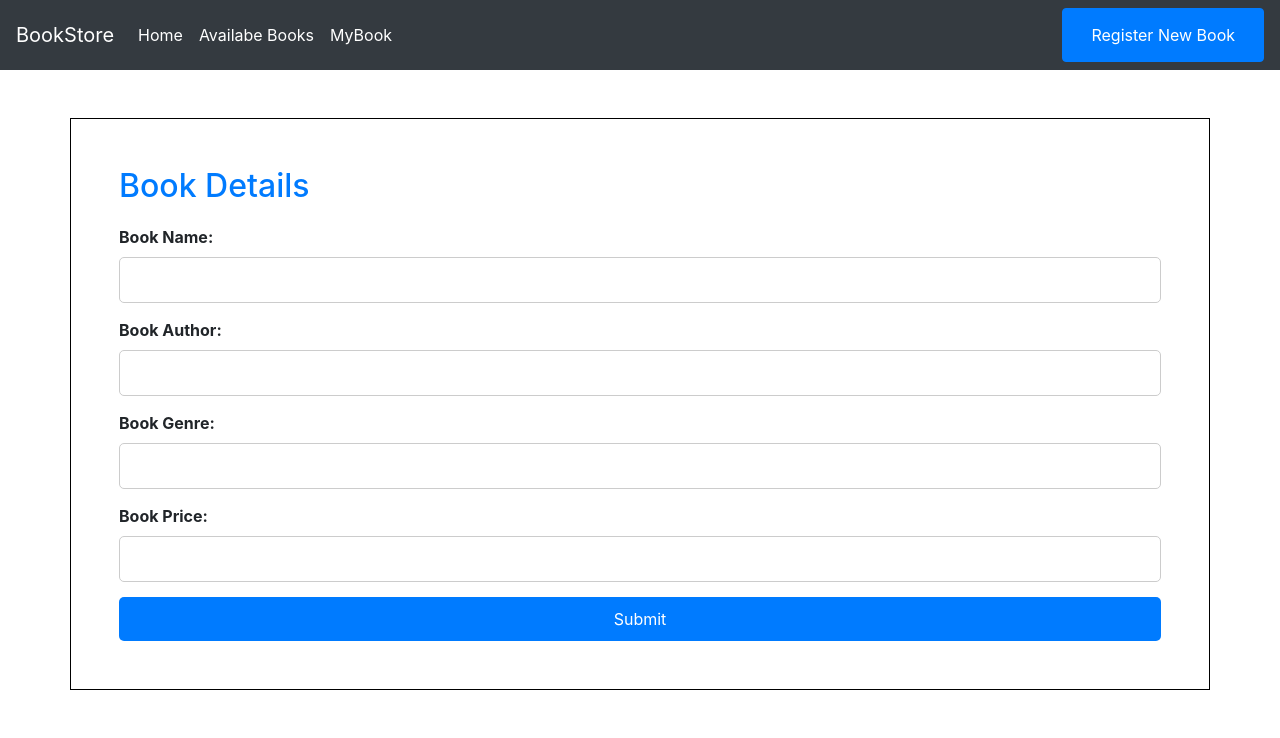
Repository: Sumanta-Sahoo/BookStoreApp
Page: bookstore/src/main/resources/static/bookRegister.html
These files come from the project's save history. The page is drawn as it stood at one moment and after the next save; the edit follows.
The browser window is 1280 px wide. The pictures show the whole page.

Above is the page before, as saved 2024-03-15 11:56:42.

### bookstore/src/main/resources/static/bookRegister.html
<!doctype html>
<html lang="en">

<head>
	<!-- Required meta tags -->
	<meta charset="utf-8">
	<meta name="viewport" content="width=device-width, initial-scale=1, shrink-to-fit=no">

	<!-- Bootstrap CSS -->
	<link rel="stylesheet" href="https://cdn.jsdelivr.net/npm/bootstrap@4.4.1/dist/css/bootstrap.min.css"
		integrity="sha384-Vkoo8x4CGsO3+Hhxv8T/Q5PaXtkKtu6ug5TOeNV6gBiFeWPGFN9MuhOf23Q9Ifjh" crossorigin="anonymous">

	<title>BookStore</title>
</head>

<body>
	<nav class="navbar navbar-expand-lg navbar-light bg-dark">
		<a class="navbar-brand text-white" href="#">BookStore</a>
		<button class="navbar-toggler" type="button" data-toggle="collapse" data-target="#navbarSupportedContent"
			aria-controls="navbarSupportedContent" aria-expanded="false" aria-label="Toggle navigation">
			<span class="navbar-toggler-icon"></span>
		</button>

		<div class="collapse navbar-collapse" id="navbarSupportedContent">
			<ul class="navbar-nav mr-auto">
				<li class="nav-item active">
					<a class="nav-link text-white" href="#">Home<span class="sr-only">(current)</span></a>
				</li>
				<li class="nav-item">
					<a class="nav-link text-white" href="availabe_books">Availabe Books</a>
				</li>
				<li class="nav-item">
					<a class="nav-link text-white" href="my_books">MyBook</a>
				</li>
			</ul>
			<div>
				<button type="button" class="btn btn-primary"><a class="nav-link text-white"
						href="bookRegister">Register New Book</a></button>
			</div>

		</div>
	</nav>

	<div class="container my-5 p-5" style="border:1px solid black;">

		<h2 style="margin-bottom: 20px; color: #007bff;">Book Details</h2>

		<form>
			<div style="margin-bottom: 15px;">
				<label for="bookName" style="display: block; font-weight: bold;">Book Name:</label>
				<input type="text" id="bookName" name="bookName"
					style="width: 100%; padding: 10px; font-size: 16px; border-radius: 5px; border: 1px solid #ccc; box-sizing: border-box;">
			</div>

			<div style="margin-bottom: 15px;">
				<label for="bookAuthor" style="display: block; font-weight: bold;">Book Author:</label>
				<input type="text" id="bookAuthor" name="bookAuthor"
					style="width: 100%; padding: 10px; font-size: 16px; border-radius: 5px; border: 1px solid #ccc; box-sizing: border-box;">
			</div>

			<div style="margin-bottom: 15px;">
				<label for="bookGenre" style="display: block; font-weight: bold;">Book Genre:</label>
				<input type="text" id="bookGenre" name="bookGenre"
					style="width: 100%; padding: 10px; font-size: 16px; border-radius: 5px; border: 1px solid #ccc; box-sizing: border-box;">
			</div>

			<div style="margin-bottom: 15px;">
				<label for="bookPrice" style="display: block; font-weight: bold;">Book Price:</label>
				<input type="text" id="bookPrice" name="bookPrice"
					style="width: 100%; padding: 10px; font-size: 16px; border-radius: 5px; border: 1px solid #ccc; box-sizing: border-box;">
			</div>

			<button type="submit"
				style="display: block; width: 100%; padding: 10px; font-size: 16px; border: none; border-radius: 5px; background-color: #007bff; color: #fff; cursor: pointer; transition: background-color 0.3s;">
				Submit
			</button>
		</form>
	</div>
	<!--
	<form>
		<div class="form-group">
			<label for="exampleInputEmail1">Email address</label>
			<input type="email" class="form-control" id="exampleInputEmail1" aria-describedby="emailHelp"
				placeholder="Enter email">
			<small id="emailHelp" class="form-text text-muted">We'll never share your email with anyone else.</small>
		</div>
		<div class="form-group">
			<label for="exampleInputPassword1">Password</label>
			<input type="password" class="form-control" id="exampleInputPassword1" placeholder="Password">
		</div>
		<div class="form-check">
			<input type="checkbox" class="form-check-input" id="exampleCheck1">
			<label class="form-check-label" for="exampleCheck1">Check me out</label>
		</div>
		<button type="submit" class="btn btn-primary">Submit</button>
	</form> -->

	<!-- Optional JavaScript -->
	<!-- jQuery first, then Popper.js, then Bootstrap JS -->
	<script src="https://code.jquery.com/jquery-3.4.1.slim.min.js"
		integrity="sha384-J6qa4849blE2+poT4WnyKhv5vZF5SrPo0iEjwBvKU7imGFAV0wwj1yYfoRSJoZ+n"
		crossorigin="anonymous"></script>
	<script src="https://cdn.jsdelivr.net/npm/popper.js@1.16.0/dist/umd/popper.min.js"
		integrity="sha384-Q6E9RHvbIyZFJoft+2mJbHaEWldlvI9IOYy5n3zV9zzTtmI3UksdQRVvoxMfooAo"
		crossorigin="anonymous"></script>
	<script src="https://cdn.jsdelivr.net/npm/bootstrap@4.4.1/dist/js/bootstrap.min.js"
		integrity="sha384-wfSDF2E50Y2D1uUdj0O3uMBJnjuUD4Ih7YwaYd1iqfktj0Uod8GCExl3Og8ifwB6"
		crossorigin="anonymous"></script>
</body>

</html>

After the next save:
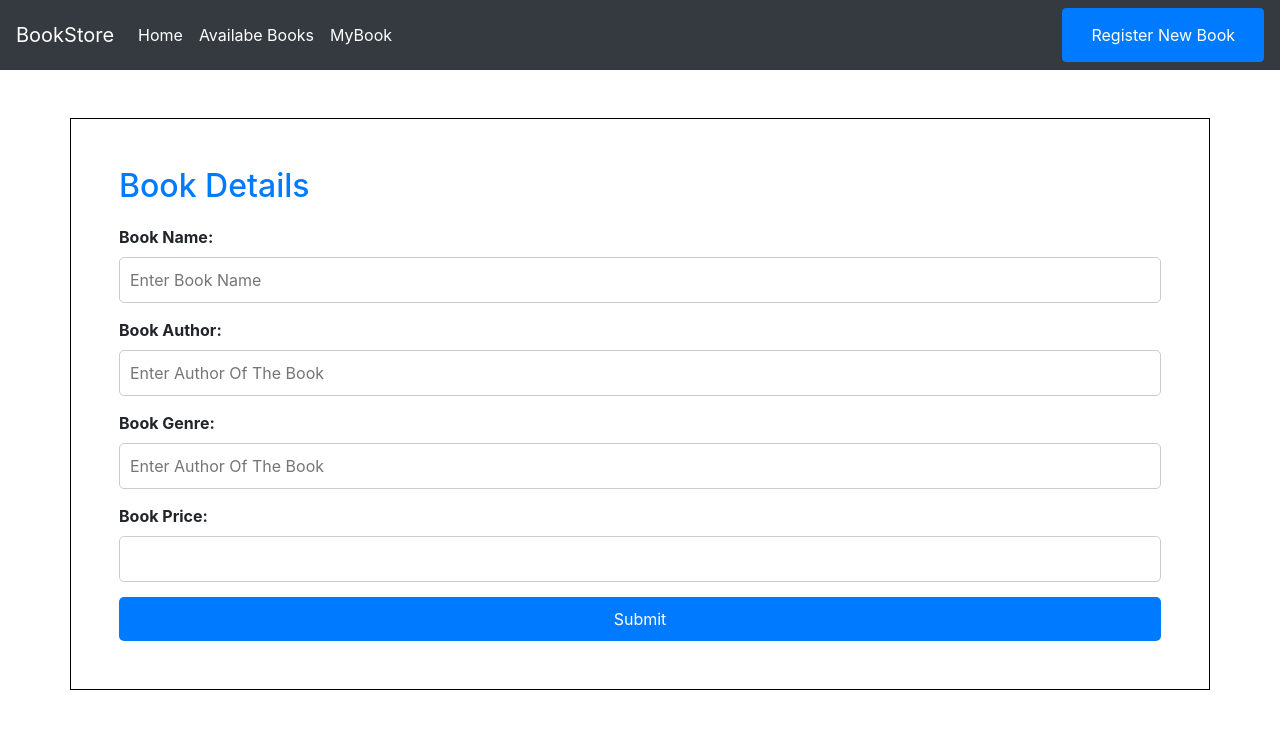
Saved 7 min 27 s later.
--- a/bookstore/src/main/resources/static/bookRegister.html
+++ b/bookstore/src/main/resources/static/bookRegister.html
@@ -48,19 +48,19 @@
 		<form>
 			<div style="margin-bottom: 15px;">
 				<label for="bookName" style="display: block; font-weight: bold;">Book Name:</label>
-				<input type="text" id="bookName" name="bookName"
+				<input type="text" id="bookName" name="bookName" placeholder="Enter Book Name"
 					style="width: 100%; padding: 10px; font-size: 16px; border-radius: 5px; border: 1px solid #ccc; box-sizing: border-box;">
 			</div>
 
 			<div style="margin-bottom: 15px;">
 				<label for="bookAuthor" style="display: block; font-weight: bold;">Book Author:</label>
-				<input type="text" id="bookAuthor" name="bookAuthor"
+				<input type="text" id="bookAuthor" name="bookAuthor"  placeholder="Enter Author Of The Book"
 					style="width: 100%; padding: 10px; font-size: 16px; border-radius: 5px; border: 1px solid #ccc; box-sizing: border-box;">
 			</div>
 
 			<div style="margin-bottom: 15px;">
 				<label for="bookGenre" style="display: block; font-weight: bold;">Book Genre:</label>
-				<input type="text" id="bookGenre" name="bookGenre"
+				<input type="text" id="bookGenre" name="bookGenre"placeholder="Enter Author Of The Book"
 					style="width: 100%; padding: 10px; font-size: 16px; border-radius: 5px; border: 1px solid #ccc; box-sizing: border-box;">
 			</div>
 
